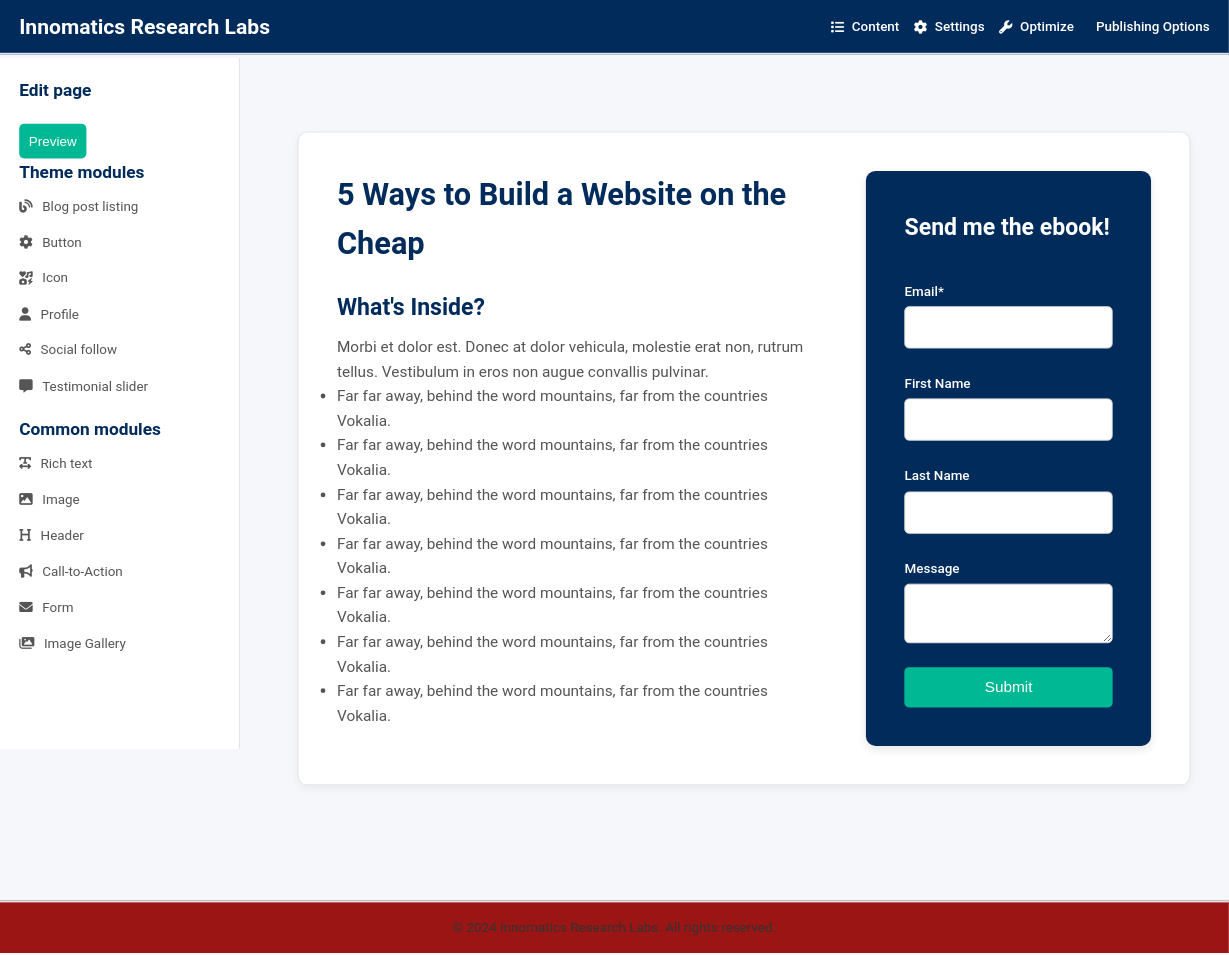
Repository: viveknaidu007/repo-152-FSD-InnomaticsTasksSep2024
Page: task_4/index.html
An editor plug-in stored every save of this project. The page is shown before and after the next save, followed by the edit.
The browser window is 1280 px wide. The pictures show the whole page, at 96% of full size.

Above is the page before, as saved 2024-10-02 12:45:16.

### task_4/index.html
<!DOCTYPE html>
<html lang="en">
<head>
    <meta charset="UTF-8">
    <meta name="viewport" content="width=device-width, initial-scale=1.0">
    <title>Landing Page</title>
    <link rel="stylesheet" href="style.css"> <!-- Link to external CSS file -->
    <link rel="stylesheet" href="https://cdnjs.cloudflare.com/ajax/libs/font-awesome/6.0.0-beta3/css/all.min.css"> <!-- FontAwesome icons -->
</head>
<body>

    <header>
        <nav>
            <div class="navbar-left">
                <h1>Innomatics Research Labs</h1>
            </div>
            <div class="navbar-right">
                <a href="#"><i class="fas fa-list"></i> Content</a>
                <a href="#"><i class="fas fa-cog"></i> Settings</a>
                <a href="#"><i class="fas fa-wrench"></i> Optimize</a>
                <a href="#"><i class="fas fa-publish"></i> Publishing Options</a>
            </div>
        </nav>
    </header>

    <div class="main-content">
        <!-- Sidebar -->
        <aside class="sidebar">
            <div class="sidebar-section">
                <h3>Edit page</h3>
                <button>Preview</button>
            </div>

            <div class="sidebar-section theme-modules">
                <h3>Theme modules</h3>
                <ul>
                    <li><i class="fas fa-blog"></i> Blog post listing</li>
                    <li><i class="fas fa-cog"></i> Button</li>
                    <li><i class="fas fa-icons"></i> Icon</li>
                    <li><i class="fas fa-user"></i> Profile</li>
                    <li><i class="fas fa-share-alt"></i> Social follow</li>
                    <li><i class="fas fa-comment-alt"></i> Testimonial slider</li>
                </ul>
            </div>

            <div class="sidebar-section common-modules">
                <h3>Common modules</h3>
                <ul>
                    <li><i class="fas fa-text-width"></i> Rich text</li>
                    <li><i class="fas fa-image"></i> Image</li>
                    <li><i class="fas fa-heading"></i> Header</li>
                    <li><i class="fas fa-bullhorn"></i> Call-to-Action</li>
                    <li><i class="fas fa-envelope"></i> Form</li>
                    <li><i class="fas fa-images"></i> Image Gallery</li>
                </ul>
            </div>
        </aside>

        <!-- Hero Section and Form -->
        <section class="hero-section">
            <div class="hero-content">
                <h2>5 Ways to Build a Website on the Cheap</h2>
                <div class="what-inside">
                    <h3>What's Inside?</h3>
                    <p>Morbi et dolor est. Donec at dolor vehicula, molestie erat non, rutrum tellus. Vestibulum in eros non augue convallis pulvinar.</p>
                    <ul>
                      <li>Far far away, behind the word mountains, far from the countries Vokalia.</li>
                      <li>Far far away, behind the word mountains, far from the countries Vokalia.</li>
                      <li>Far far away, behind the word mountains, far from the countries Vokalia.</li>
                      <li>Far far away, behind the word mountains, far from the countries Vokalia.</li>
                      <li>Far far away, behind the word mountains, far from the countries Vokalia.</li>
                      <li>Far far away, behind the word mountains, far from the countries Vokalia.</li>
                      <li>Far far away, behind the word mountains, far from the countries Vokalia.</li>
                    </ul>
                </div>
            </div>

            <div class="form-section">
                <h3>Send me the ebook!</h3>
                <form>
                    <label for="email">Email*</label>
                    <input type="email" id="email" name="email" required>

                    <label for="first-name">First Name</label>
                    <input type="text" id="first-name" name="first-name">

                    <label for="last-name">Last Name</label>
                    <input type="text" id="last-name" name="last-name">

                    <label for="message">Message</label>
                    <textarea id="message" name="message"></textarea>

                    <button type="submit">Submit</button>
                </form>
            </div>
        </section>
    </div>

    <footer>
        <p>© 2024 Innomatics Research Labs. All rights reserved.</p>
    </footer>

</body>
</html>

### task_4/style.css
* {
    margin: 0;
    padding: 0;
    box-sizing: border-box;
}

body {
    font-family: 'Roboto', sans-serif;
    line-height: 1.6;
    background-color: #f5f7fa;
    color: #333;
}

/* Header & Navbar */
header {
    background-color: #002B5B; /* Professional dark blue */
    padding: 10px 20px;
    border-bottom: 2px solid #e0e4e8;
}

nav {
    display: flex;
    justify-content: space-between;
    align-items: center;
}

.navbar-left h1 {
    font-size: 22px;
    color: #fff; /* White for readability */
    font-weight: 700;
}

.navbar-right {
    display: flex;
    gap: 15px;
}

.navbar-right a {
    display: flex;
    align-items: center;
    color: #ffffff; /* White links */
    text-decoration: none;
    font-size: 14px;
    font-weight: 500;
}

.navbar-right a:hover {
    color: #00b894; /* Light green accent */
}

.navbar-right i {
    margin-right: 8px;
}

/* Sidebar */
.sidebar {
    background-color: #ffffff;
    padding: 20px;
    border-right: 1px solid #e0e4e8;
    width: 250px;
    height: 100vh;
    position: fixed;
    top: 60px;
    left: 0;
    display: flex;
    flex-direction: column;
}

.sidebar-section h3 {
    font-size: 18px;
    margin-bottom: 10px;
    color: #002B5B; /* Dark blue */
}

.sidebar-section ul {
    list-style: none;
    margin-bottom: 20px;
}

.sidebar-section ul li {
    display: flex;
    align-items: center;
    gap: 10px;
    margin-bottom: 15px;
    color: #555;
    font-size: 14px;
}

.sidebar-section button {
    background-color: #00b894; /* Accent green */
    color: white;
    border: none;
    padding: 10px;
    cursor: pointer;
    border-radius: 5px;
    font-size: 14px;
}

.sidebar-section button:hover {
    background-color: #019d76;
}

/* Main Content */
.main-content {
    margin-left: 270px; /* Adjust based on the sidebar width */
    padding: 40px;
}

@media (max-width: 768px) {
    .main-content {
        margin-left: 0;
        padding: 20px;
    }
    .sidebar {
        width: 100%;
        position: relative;
        height: auto;
    }
}

/* Hero Section */
.hero-section {
    display: flex;
    justify-content: space-between;
    padding: 40px;
    background-color: #ffffff;
    border: 1px solid #e0e4e8;
    border-radius: 10px;
    margin: 40px auto;
    box-shadow: 0 4px 10px rgba(0, 0, 0, 0.05);
}

.hero-content {
    width: 60%;
}

.hero-content h2 {
    font-size: 32px;
    color: #002B5B; /* Dark blue */
    margin-bottom: 20px;
    font-weight: 700;
}

.what-inside h3 {
    font-size: 24px;
    margin-bottom: 10px;
    color: #002B5B;
    font-weight: 600;
}

.what-inside p, .what-inside ul {
    color: #555;
    font-size: 16px;
}

.form-section {
    background-color: #002B5B;
    padding: 40px;
    color: white;
    width: 35%;
    border-radius: 10px;
    box-shadow: 0 4px 10px rgba(0, 0, 0, 0.1);
}

.form-section h3 {
    margin-bottom: 25px;
    font-size: 24px;
    font-weight: 700;
}

form {
    display: flex;
    flex-direction: column;
}

label {
    margin: 10px 0 5px;
    font-size: 14px;
    font-weight: 500;
    color: #fff;
}

input, textarea {
    padding: 12px;
    border-radius: 5px;
    border: 1px solid #ddd;
    margin-bottom: 15px;
    font-size: 16px;
    width: 100%;
}

button {
    padding: 12px;
    background-color: #00b894;
    color: white;
    border: none;
    border-radius: 5px;
    cursor: pointer;
    font-size: 16px;
    margin-top: 10px;
}

button:hover {
    background-color: #019d76;
}

/* Mobile Responsive Design */
@media (max-width: 768px) {
    .hero-section {
        flex-direction: column;
        padding: 20px;
    }

    .hero-content {
        width: 100%;
        margin-bottom: 20px;
    }

    .form-section {
        width: 100%;
    }
}

/* Footer */
footer {
    text-align: center;
    background-color: #9b1515;
    padding: 15px;
    font-size: 14px;
    color: #333;
    margin-top: 40px;
    border-top: 2px solid #e0e4e8;
}

footer p {
    margin: 0;
}

After the next save:
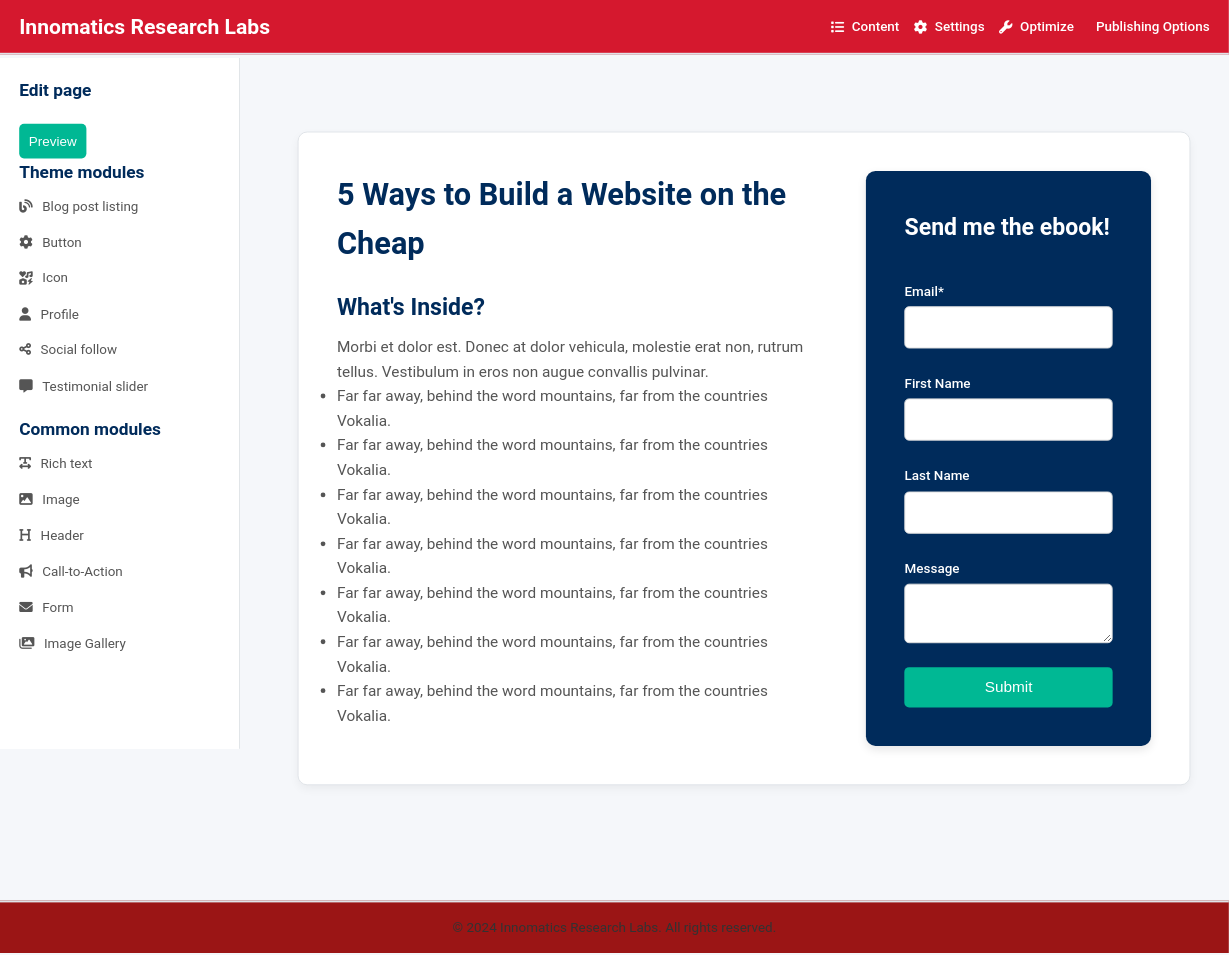
Saved 1 s later.
--- a/task_4/style.css
+++ b/task_4/style.css
@@ -13,7 +13,7 @@ body {
 
 /* Header & Navbar */
 header {
-    background-color: #002B5B; /* Professional dark blue */
+    background-color: #d5182e; /* Professional dark blue */
     padding: 10px 20px;
     border-bottom: 2px solid #e0e4e8;
 }
